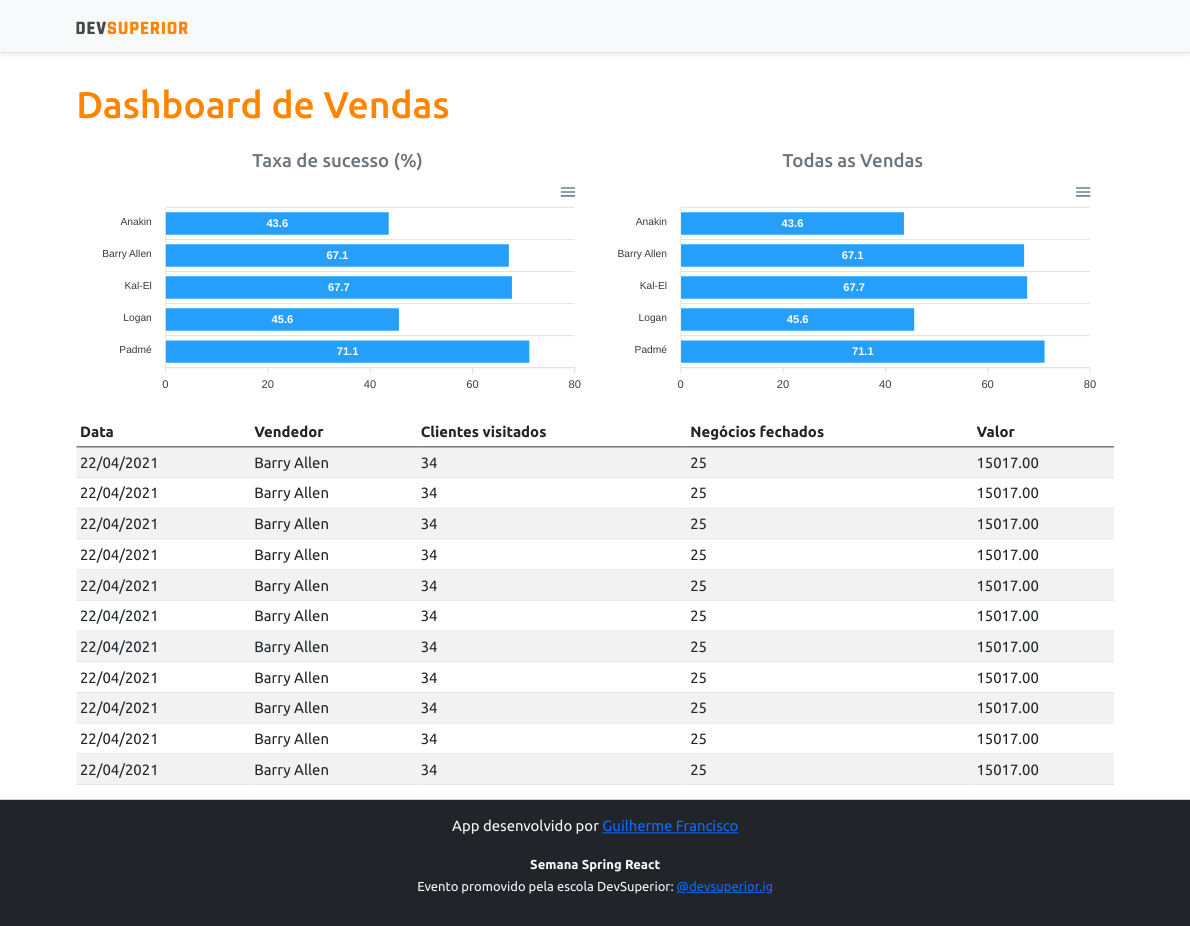
Repository: GuilhermeFrancisc0/projeto-react_spring
Page: / (app in frontend/)
An editor plug-in stored every save of this project. The page is shown before and after the next save, followed by the edit.
The browser window is 1280 px wide. The pictures show the whole page, at 93% of full size.
The project was rebuilt for these pictures with package versions that can differ from the ones it lists, and the page was loaded fresh each time.

Above is the page before, as saved 2021-05-30 16:35:51.

### frontend/public/index.html
<!DOCTYPE html>
<html lang="en">
  <head>
    <meta charset="utf-8" />
    <link rel="icon" href="%PUBLIC_URL%/favicon.ico" />
    <meta name="viewport" content="width=device-width, initial-scale=1" />
    <meta name="theme-color" content="#000000" />
    <meta
      name="description"
      content="App feito para exercitar conceitos de React e Spring"
    />
    <title>DSVendas</title>
  </head>
  <body>
    <noscript>You need to enable JavaScript to run this app.</noscript>
    <div id="root"></div>
  </body>
</html>

### frontend/src/App.tsx
import BarChart from 'components/BarChart';
import DataTable from 'components/DataTable';
import Footer from 'components/Footer';
import NavBar from './components/NavBar';

function App() {
  return (
    <>
    <NavBar/>
    <div className="container">
      <h1 className="text-primary py-3">Dashboard de Vendas</h1>
      <div className="row px-3">
        <div className='col-sm-6'>
          <h5 className="text-center text-secondary">Taxa de sucesso (%)</h5>
          <BarChart/>
        </div>
        <div className='col-sm-6'>
          <h5 className="text-center text-secondary">Todas as Vendas</h5>
          <BarChart/>
        </div>
      </div>

      <DataTable/>
    </div>
    <Footer/>
    </>
  );
}

export default App;

### frontend/src/components/BarChart/index.tsx
import Chart from "react-apexcharts";

const BarChart = () => {
  const options = {
    plotOptions: {
      bar: {
        horizontal: true,
      },
    },
  };

  const mockData = {
    labels: {
      categories: ["Anakin", "Barry Allen", "Kal-El", "Logan", "Padmé"],
    },
    series: [
      {
        name: "% Sucesso",
        data: [43.6, 67.1, 67.7, 45.6, 71.1],
      },
    ],
  };
  return (
    <Chart
      options={{ ...options, xaxis: mockData.labels }}
      series={mockData.series}
      type="bar"
      height="240"
    />
  );
};
export default BarChart;

### frontend/src/components/DataTable/index.tsx
const DataTable = () => {
  return (
    <div className="table-responsive">
      <table className="table table-striped table-sm">
        <thead>
          <tr>
            <th>Data</th>
            <th>Vendedor</th>
            <th>Clientes visitados</th>
            <th>Negócios fechados</th>
            <th>Valor</th>
          </tr>
        </thead>
        <tbody>
          <tr>
            <td>22/04/2021</td>
            <td>Barry Allen</td>
            <td>34</td>
            <td>25</td>
            <td>15017.00</td>
          </tr>
          <tr>
            <td>22/04/2021</td>
            <td>Barry Allen</td>
            <td>34</td>
            <td>25</td>
            <td>15017.00</td>
          </tr>
          <tr>
            <td>22/04/2021</td>
            <td>Barry Allen</td>
            <td>34</td>
            <td>25</td>
            <td>15017.00</td>
          </tr>
          <tr>
            <td>22/04/2021</td>
            <td>Barry Allen</td>
            <td>34</td>
            <td>25</td>
            <td>15017.00</td>
          </tr>
          <tr>
            <td>22/04/2021</td>
            <td>Barry Allen</td>
            <td>34</td>
            <td>25</td>
            <td>15017.00</td>
          </tr>
          <tr>
            <td>22/04/2021</td>
            <td>Barry Allen</td>
            <td>34</td>
            <td>25</td>
            <td>15017.00</td>
          </tr>
          <tr>
            <td>22/04/2021</td>
            <td>Barry Allen</td>
            <td>34</td>
            <td>25</td>
            <td>15017.00</td>
          </tr>
          <tr>
            <td>22/04/2021</td>
            <td>Barry Allen</td>
            <td>34</td>
            <td>25</td>
            <td>15017.00</td>
          </tr>
          <tr>
            <td>22/04/2021</td>
            <td>Barry Allen</td>
            <td>34</td>
            <td>25</td>
            <td>15017.00</td>
          </tr>
          <tr>
            <td>22/04/2021</td>
            <td>Barry Allen</td>
            <td>34</td>
            <td>25</td>
            <td>15017.00</td>
          </tr>
          <tr>
            <td>22/04/2021</td>
            <td>Barry Allen</td>
            <td>34</td>
            <td>25</td>
            <td>15017.00</td>
          </tr>
        </tbody>
      </table>
    </div>
  );
};
export default DataTable;

### frontend/src/components/Footer/index.tsx
const Footer = () => {
  return (
    <footer className="footer mt-auto py-3 bg-dark">
      <div className="container">
        <p className="text-light">
          App desenvolvido por{" "}
          <a
            href="https://github.com/GuilhermeFrancisc0"
            target="_blank"
            rel="noreferrer"
          >
            Guilherme Francisco
          </a>
        </p>
        <p className="text-light">
          <small>
            <strong>Semana Spring React</strong>
            <br />
            Evento promovido pela escola DevSuperior:{" "}
            <a
              href="https://instagram.com/devsuperior.ig"
              target="_blank"
              rel="noreferrer"
            >
              @devsuperior.ig
            </a>
          </small>
        </p>
      </div>
    </footer>
  );
};
export default Footer;

### frontend/src/components/NavBar/index.tsx
import ImgDsDark from "assets/img/ds-dark.svg";

const NavBar = () => {
  return (
    <div className="d-flex flex-column flex-md-row align-items-center p-3 px-md-4 mb-3 bg-light border-bottom shadow-sm">
      <div className="container">
        <nav className="my-2 my-md-0 mr-md-3">
          <img src={ImgDsDark} alt="DevSuperior" width="120" />
        </nav>
      </div>
    </div>
  );
};
export default NavBar;

Loaded but not shown: frontend/src/index.tsx (common file); frontend/src/assets/css/styles.css (common file)

After the next save:
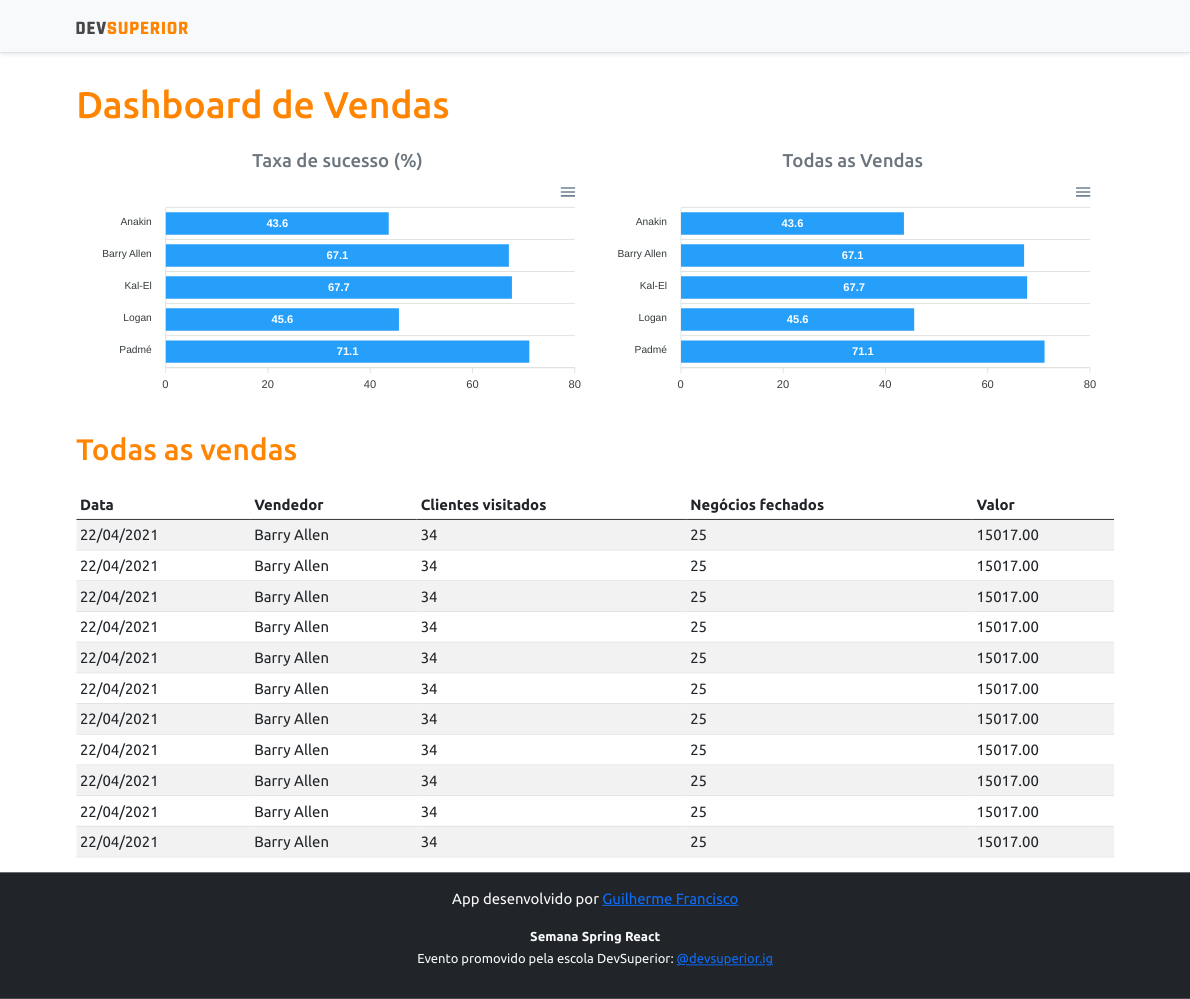
Saved 57 s later.
--- a/frontend/src/App.tsx
+++ b/frontend/src/App.tsx
@@ -19,7 +19,11 @@ function App() {
           <BarChart/>
         </div>
       </div>
-
+      <div>
+        <div className='py-3'>
+          <h2 className="text-primary">Todas as vendas</h2>
+        </div>
+      </div>
       <DataTable/>
     </div>
     <Footer/>
